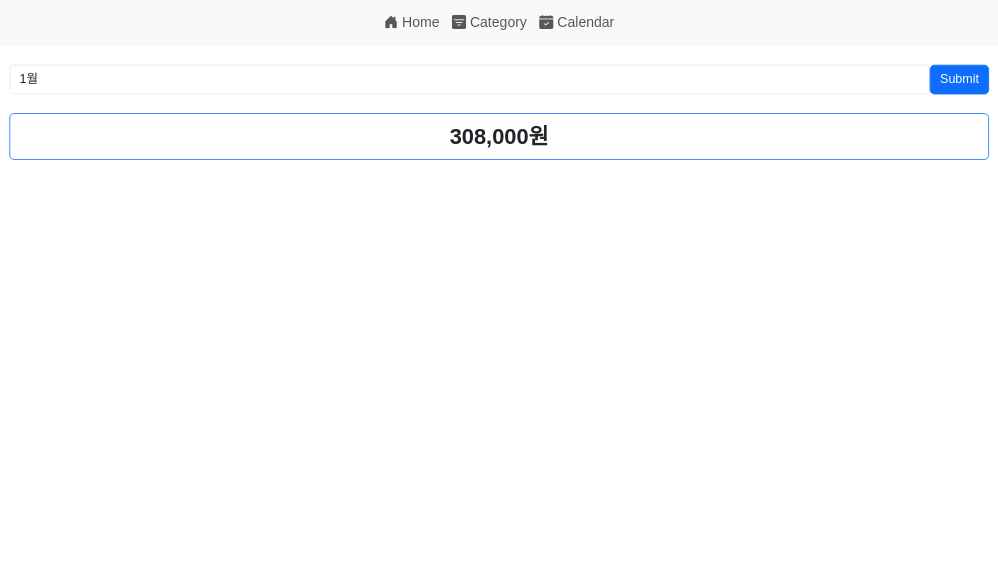
Repository: kimSummerrain/KairosHackathon
Page: venvs/karios/templates/detail.html
An editor plug-in stored every save of this project. The page is shown before and after the next save, followed by the edit.
The browser window is 1280 px wide. The pictures show the whole page, at 78% of full size.

Above is the page before, as saved 2024-02-26 17:26:30.
Console error: ReferenceError: Chart is not defined

After the next save:
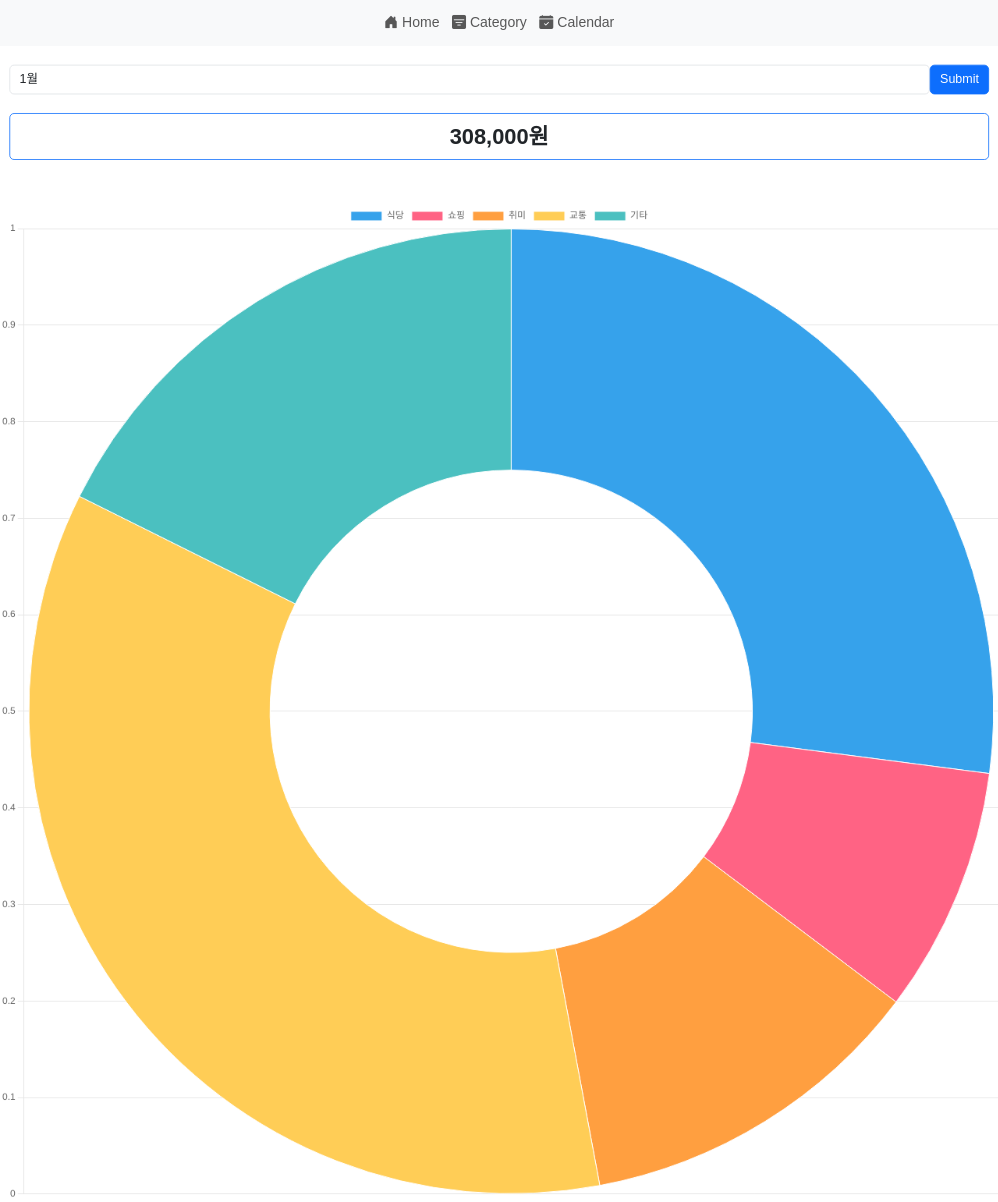
The error is gone.
Saved 46 s later.
--- a/venvs/karios/templates/detail.html
+++ b/venvs/karios/templates/detail.html
@@ -67,6 +67,13 @@
         <canvas id="myChart"></canvas>
     </div>
 
+    <!--Chart Library-->
+    <script src="https://cdn.jsdelivr.net/npm/bootstrap@5.3.3/dist/js/bootstrap.bundle.min.js"
+        integrity="sha384-YvpcrYf0tY3lHB60NNkmXc5s9fDVZLESaAA55NDzOxhy9GkcIdslK1eN7N6jIeHz"
+        crossorigin="anonymous"></script>
+    <link rel="stylesheet" href="https://cdn.jsdelivr.net/npm/bootstrap-icons@1.11.3/font/bootstrap-icons.min.css">
+    <script src="https://cdn.jsdelivr.net/npm/chart.js"></script>
+
     <script>
 
         var chartData = [23, 7, 10, 30, 15]; // 초기 차트 데이터
@@ -110,13 +117,6 @@
         }
     </script>
 
-    <!--Chart Library-->
-    <script src="https://cdn.jsdelivr.net/npm/bootstrap@5.3.3/dist/js/bootstrap.bundle.min.js"
-        integrity="sha384-YvpcrYf0tY3lHB60NNkmXc5s9fDVZLESaAA55NDzOxhy9GkcIdslK1eN7N6jIeHz"
-        crossorigin="anonymous"></script>
-    <link rel="stylesheet" href="https://cdn.jsdelivr.net/npm/bootstrap-icons@1.11.3/font/bootstrap-icons.min.css">
-    <script src="https://cdn.jsdelivr.net/npm/chart.js"></script>
-
 </body>
 
 </html>
